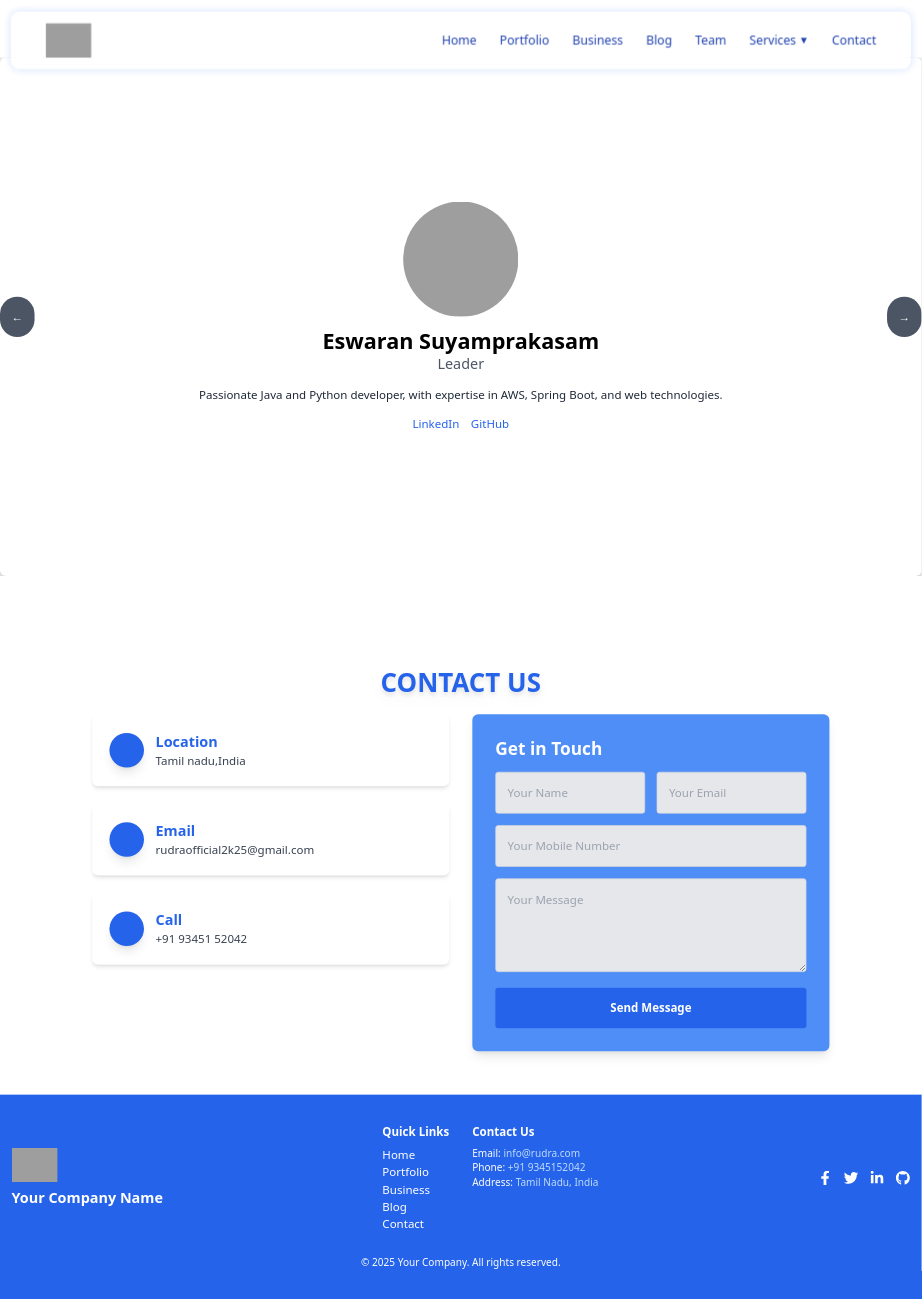
Repository: Rudra-Eswaran/Rudra_Official
Page: /
The author's editor kept a copy of each file at every save. The page is drawn from the files as they stood at one save, then again after the next save.
The browser window is 1280 px wide. The pictures show the whole page, at 72% of full size.
Pictures or frames that could not be fetched are drawn as grey boxes. Some web libraries are served in a nearby version. The project was rebuilt for these pictures with package versions that can differ from the ones it lists, and the page was loaded fresh each time. Also part of the build but not shown: vite.config.js.

Above is the page before, as saved 2025-04-16 20:04:37.

After the next save:
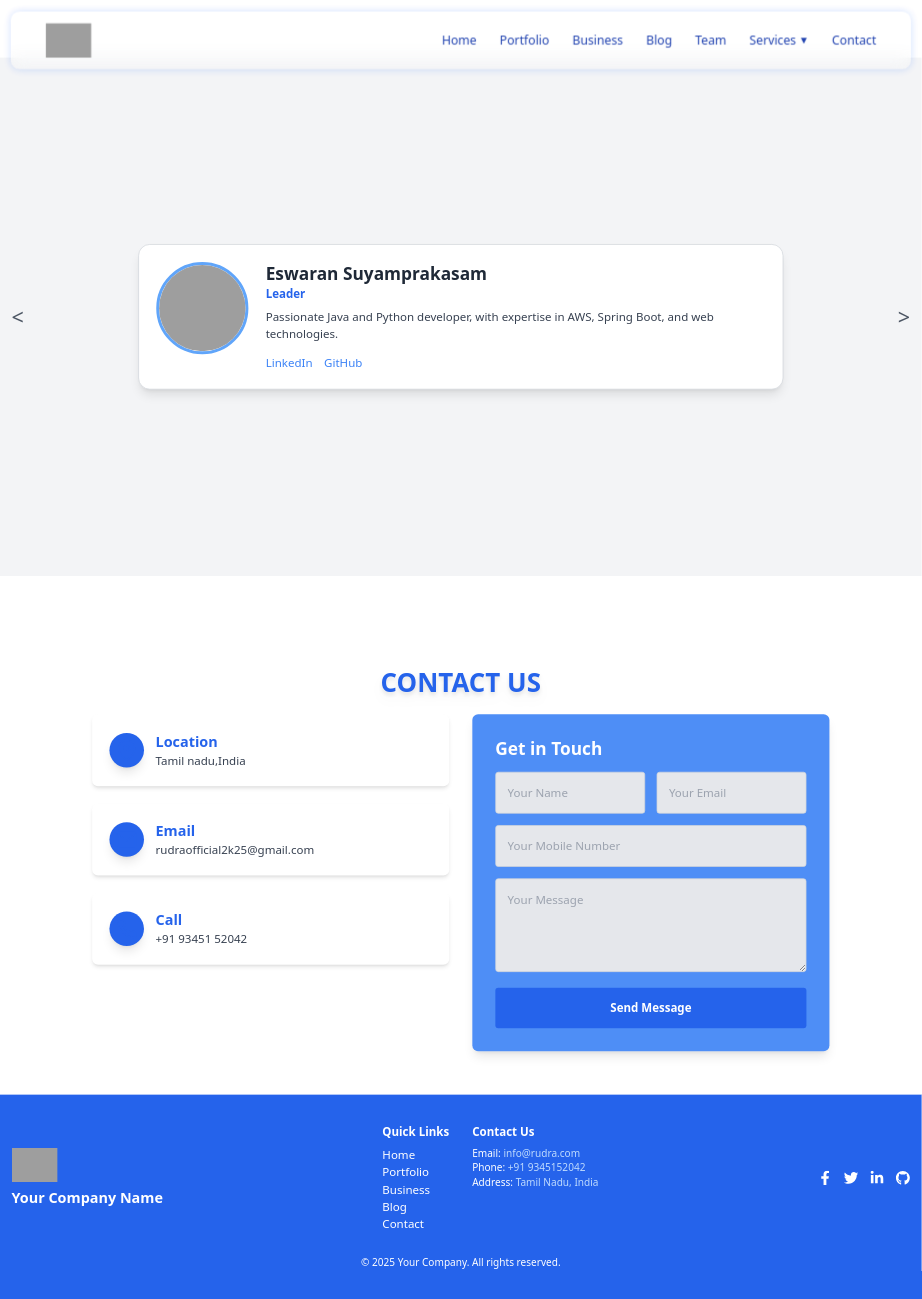
Saved 2 min 19 s later.
--- a/src/pages/Rudrans.jsx
+++ b/src/pages/Rudrans.jsx
@@ -1,5 +1,5 @@
 import React, { useState } from 'react';
-import teamData from '../teamData.json'; // adjust the path if needed
+import teamData from './data/teamData.json'; // adjust the path
 
 const Rudrans = () => {
   const [currentIndex, setCurrentIndex] = useState(0);
@@ -14,32 +14,39 @@
     );
   };
 
+  const current = teamData[currentIndex];
+
   return (
-    <div className="relative w-full h-screen bg-gray-200 overflow-hidden">
-      <div className="flex justify-center items-center w-full h-full">
-        <div className="flex flex-col items-center justify-center bg-white rounded-lg shadow-lg p-8 w-full h-full">
-          <img
-            src={teamData[currentIndex].photo}
-            alt={teamData[currentIndex].name}
-            className="w-40 h-40 rounded-full mb-4 object-cover"
-          />
-          <h2 className="text-3xl font-bold">{teamData[currentIndex].name}</h2>
-          <p className="text-xl text-gray-600">{teamData[currentIndex].role}</p>
-          <p className="mt-4 text-center text-gray-800">{teamData[currentIndex].bio}</p>
-          <div className="mt-4 flex space-x-4">
+    <div className="relative w-full min-h-screen bg-gray-100 p-4 flex items-center justify-center">
+      {/* Card */}
+      <div className="bg-white border border-gray-300 rounded-2xl shadow-lg p-6 max-w-4xl w-full flex flex-col md:flex-row items-center md:items-start">
+        {/* Image */}
+        <img
+          src={current.photo}
+          alt={current.name}
+          className="w-32 h-32 rounded-full object-cover border-4 border-blue-400 mb-4 md:mb-0 md:mr-6"
+        />
+
+        {/* Info */}
+        <div className="flex-1 text-center md:text-left">
+          <h2 className="text-2xl font-bold text-gray-800">{current.name}</h2>
+          <p className="text-blue-600 font-semibold">{current.role}</p>
+          <p className="mt-2 text-gray-700">{current.bio}</p>
+
+          <div className="mt-4 flex justify-center md:justify-start space-x-4">
             <a
-              href={teamData[currentIndex].linkedin}
+              href={current.linkedin}
               target="_blank"
               rel="noopener noreferrer"
-              className="text-blue-600 hover:underline"
+              className="text-blue-500 hover:underline"
             >
               LinkedIn
             </a>
             <a
-              href={teamData[currentIndex].github}
+              href={current.github}
               target="_blank"
               rel="noopener noreferrer"
-              className="text-blue-600 hover:underline"
+              className="text-blue-500 hover:underline"
             >
               GitHub
             </a>
@@ -47,18 +54,20 @@
         </div>
       </div>
 
+      {/* Arrows */}
       <button
         onClick={prevSlide}
-        className="absolute left-0 top-1/2 transform -translate-y-1/2 bg-gray-600 text-white p-4 rounded-full hover:bg-gray-700"
+        className="absolute left-4 top-1/2 transform -translate-y-1/2 text-3xl text-gray-600 hover:text-black"
+        aria-label="Previous"
       >
-        &#8592;
+        &lt;
       </button>
-
       <button
         onClick={nextSlide}
-        className="absolute right-0 top-1/2 transform -translate-y-1/2 bg-gray-600 text-white p-4 rounded-full hover:bg-gray-700"
+        className="absolute right-4 top-1/2 transform -translate-y-1/2 text-3xl text-gray-600 hover:text-black"
+        aria-label="Next"
       >
-        &#8594;
+        &gt;
       </button>
     </div>
   );

After the 2 saves that followed:
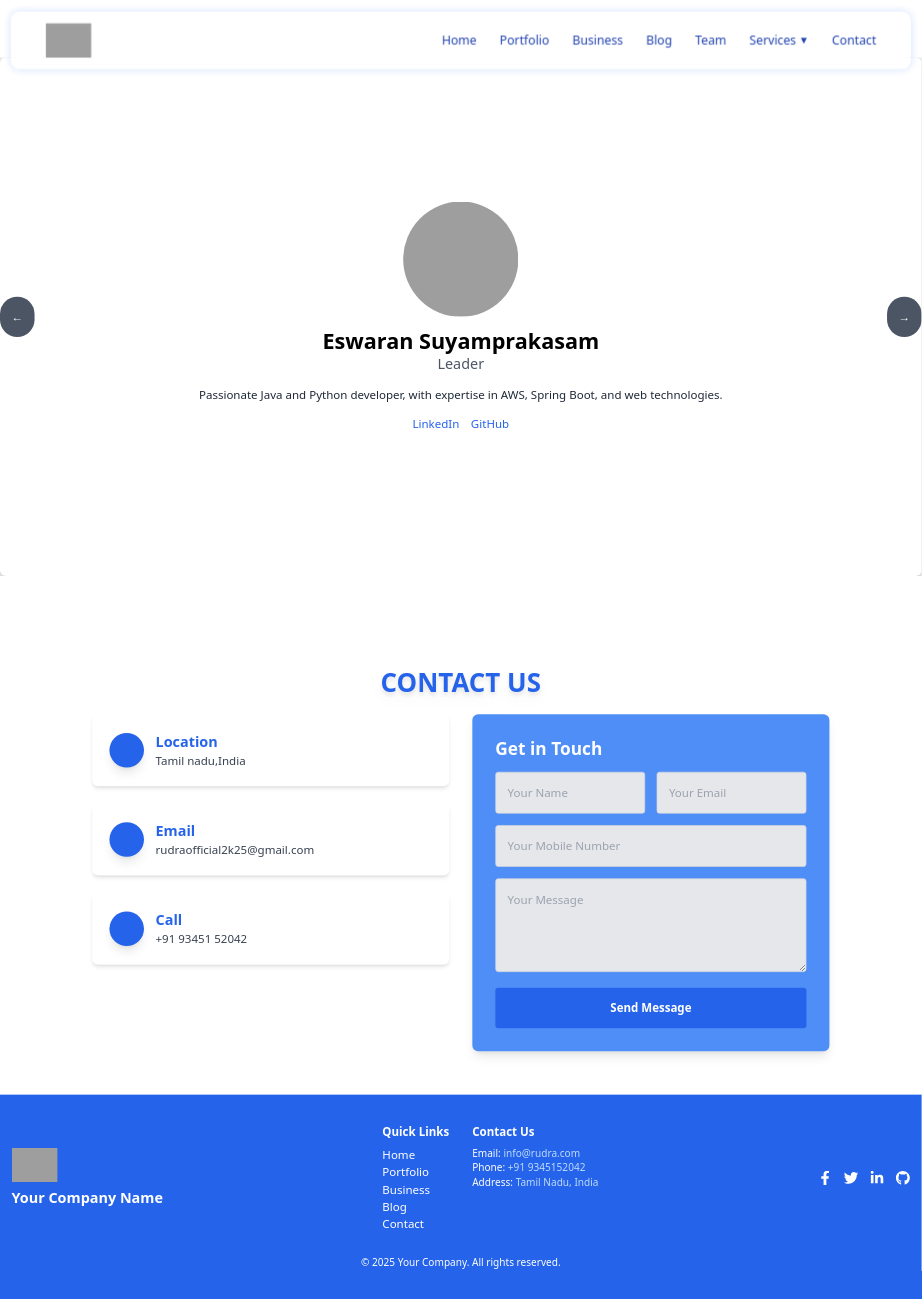
The 2 saves are shown as one change because 1 left the picture as it was.
The last was saved 16 s later.
--- a/src/pages/Rudrans.jsx
+++ b/src/pages/Rudrans.jsx
@@ -1,5 +1,5 @@
 import React, { useState } from 'react';
-import teamData from './data/teamData.json'; // adjust the path
+import teamData from '../teamData.json'; // adjust the path if needed
 
 const Rudrans = () => {
   const [currentIndex, setCurrentIndex] = useState(0);
@@ -14,39 +14,32 @@
     );
   };
 
-  const current = teamData[currentIndex];
-
   return (
-    <div className="relative w-full min-h-screen bg-gray-100 p-4 flex items-center justify-center">
-      {/* Card */}
-      <div className="bg-white border border-gray-300 rounded-2xl shadow-lg p-6 max-w-4xl w-full flex flex-col md:flex-row items-center md:items-start">
-        {/* Image */}
-        <img
-          src={current.photo}
-          alt={current.name}
-          className="w-32 h-32 rounded-full object-cover border-4 border-blue-400 mb-4 md:mb-0 md:mr-6"
-        />
-
-        {/* Info */}
-        <div className="flex-1 text-center md:text-left">
-          <h2 className="text-2xl font-bold text-gray-800">{current.name}</h2>
-          <p className="text-blue-600 font-semibold">{current.role}</p>
-          <p className="mt-2 text-gray-700">{current.bio}</p>
-
-          <div className="mt-4 flex justify-center md:justify-start space-x-4">
+    <div className="relative w-full h-screen bg-gray-200 overflow-hidden">
+      <div className="flex justify-center items-center w-full h-full">
+        <div className="flex flex-col items-center justify-center bg-white rounded-lg shadow-lg p-8 w-full h-full">
+          <img
+            src={teamData[currentIndex].photo}
+            alt={teamData[currentIndex].name}
+            className="w-40 h-40 rounded-full mb-4 object-cover"
+          />
+          <h2 className="text-3xl font-bold">{teamData[currentIndex].name}</h2>
+          <p className="text-xl text-gray-600">{teamData[currentIndex].role}</p>
+          <p className="mt-4 text-center text-gray-800">{teamData[currentIndex].bio}</p>
+          <div className="mt-4 flex space-x-4">
             <a
-              href={current.linkedin}
+              href={teamData[currentIndex].linkedin}
               target="_blank"
               rel="noopener noreferrer"
-              className="text-blue-500 hover:underline"
+              className="text-blue-600 hover:underline"
             >
               LinkedIn
             </a>
             <a
-              href={current.github}
+              href={teamData[currentIndex].github}
               target="_blank"
               rel="noopener noreferrer"
-              className="text-blue-500 hover:underline"
+              className="text-blue-600 hover:underline"
             >
               GitHub
             </a>
@@ -54,20 +47,18 @@
         </div>
       </div>
 
-      {/* Arrows */}
       <button
         onClick={prevSlide}
-        className="absolute left-4 top-1/2 transform -translate-y-1/2 text-3xl text-gray-600 hover:text-black"
-        aria-label="Previous"
+        className="absolute left-0 top-1/2 transform -translate-y-1/2 bg-gray-600 text-white p-4 rounded-full hover:bg-gray-700"
       >
-        &lt;
+        &#8592;
       </button>
+
       <button
         onClick={nextSlide}
-        className="absolute right-4 top-1/2 transform -translate-y-1/2 text-3xl text-gray-600 hover:text-black"
-        aria-label="Next"
+        className="absolute right-0 top-1/2 transform -translate-y-1/2 bg-gray-600 text-white p-4 rounded-full hover:bg-gray-700"
       >
-        &gt;
+        &#8594;
       </button>
     </div>
   );
